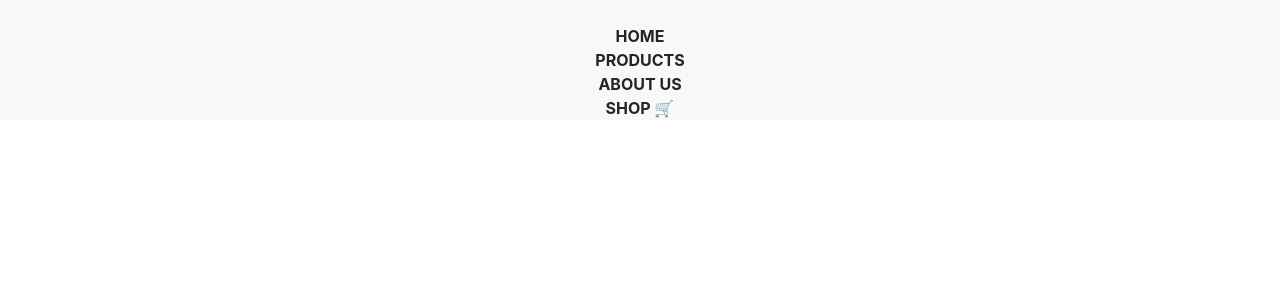
Repository: thf4/Project-Shop
Page: /
These files come from the project's save history. The page is drawn as it stood at one moment and after the next save; the edit follows.
The browser window is 1280 px wide. The pictures show the whole page.
The project was rebuilt for these pictures with package versions that can differ from the ones it lists, and the page was loaded fresh each time.

Above is the page before, as saved 2021-04-22 11:18:43.

### src/index.js
import React from 'react';
import ReactDOM from 'react-dom';
import 'bootstrap/dist/css/bootstrap.min.css';
import App from './App'


ReactDOM.render(
  <React.StrictMode>
   <App />
  </React.StrictMode>,
  document.getElementById('root')
);

### src/App.js
import './App.css'

function App() {
  return (
    <div className="App">
      <header className="App-header">
        <ul id="Lista">
          <li> HOME </li>
          <li> PRODUCTS </li>
          <li> ABOUT US</li>
          <li> SHOP 🛒</li>
        </ul>

      </header>
    </div>
  );
}

export default App;

### src/App.css
#Lista{
  width: 940px;
  height: auto;
  display: inline;
  position: relative;
  font-weight: bold;
  text-align: center;

}
.App-header{
  background-color: #f8f8f8;
}

Loaded but not shown: public/index.html (common file)

After the next save:
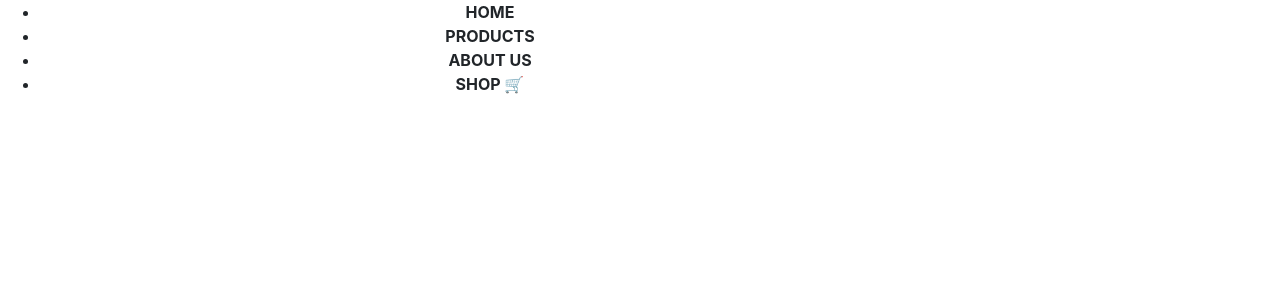
Saved 11 s later.
--- a/src/App.css
+++ b/src/App.css
@@ -1,12 +1,13 @@
 #Lista{
   width: 940px;
   height: auto;
-  display: inline;
+
   position: relative;
   font-weight: bold;
   text-align: center;
 
 }
 .App-header{
+  display: inline;
   background-color: #f8f8f8;
 }

After the save that followed:
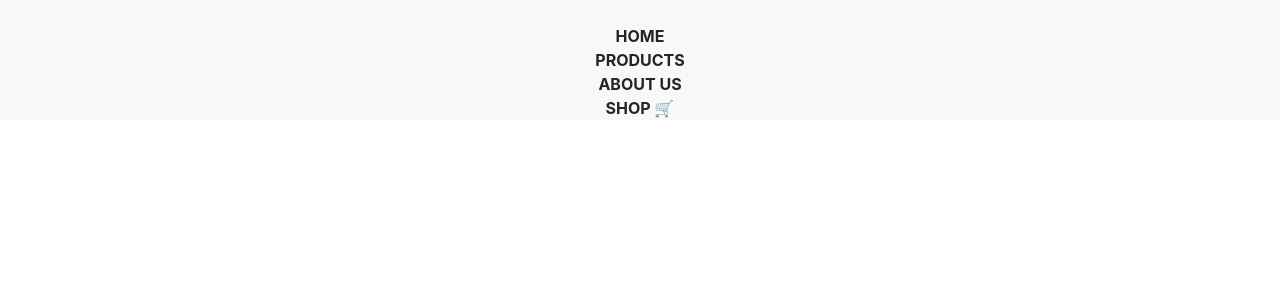
Saved 8 s later.
--- a/src/App.css
+++ b/src/App.css
@@ -1,13 +1,12 @@
 #Lista{
   width: 940px;
   height: auto;
-
+  display: inline;
   position: relative;
   font-weight: bold;
   text-align: center;
 
 }
 .App-header{
-  display: inline;
   background-color: #f8f8f8;
 }
